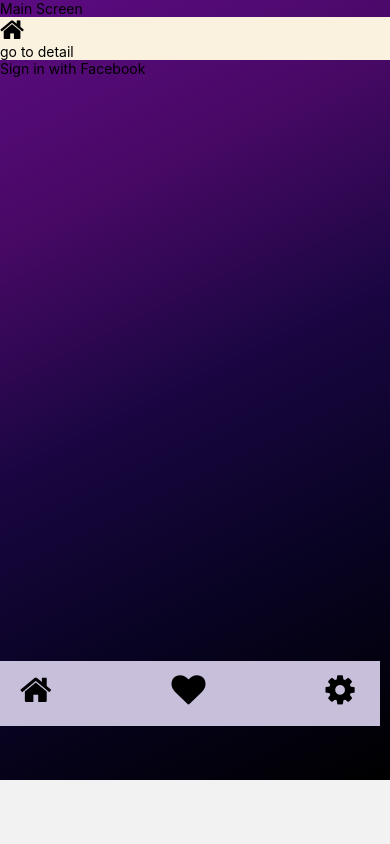
Repository: eyebone/barManager
Screen: /Main
The author's editor kept a copy of each file at every save. The screen is drawn from the files as they stood at one save, then again after the next save.
The app was drawn by React Native's web renderer in a window 390 px wide. The project was rebuilt for these pictures with package versions that can differ from the ones it lists, and the page was loaded fresh each time. Also part of the build but not shown: components/EmojiPicker.js, components/Button.js, components/ImageViewer.js, components/circleButton.js, components/IconButton.js, view/ViewOne.js, view/Sign.js.

Above is the screen before, as saved 2023-06-27 09:09:05.

After the next save:
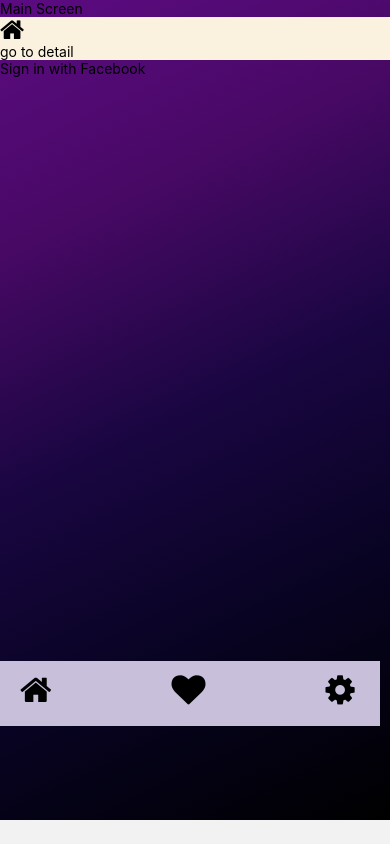
Saved 25 s later.
--- a/view/Main.js
+++ b/view/Main.js
@@ -48,7 +48,7 @@ const styles = StyleSheet.create({
     //    alignItems: 'center',
   },
   linearGradient: {
-    height: 780,
+    height: 820,
   },
   button: {
     borderRadius: 10,
